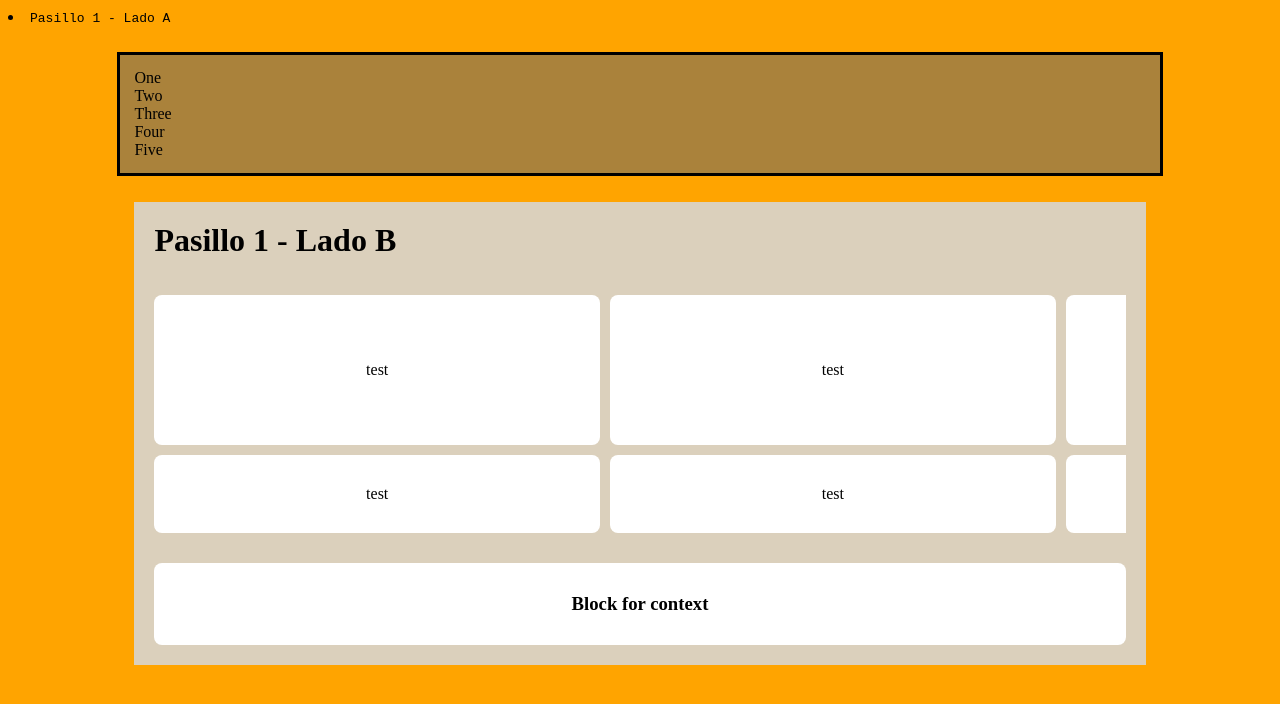
Repository: Franzcod/DepoStock_Web
Page: index.html
The author's editor kept a copy of each file at every save. The page is drawn from the files as they stood at one save, then again after the next save.
The browser window is 1280 px wide. The pictures show the whole page.

Above is the page before, as saved 2020-06-07 02:23:55.
Console error: ReferenceError: ur is not defined

After the next save:
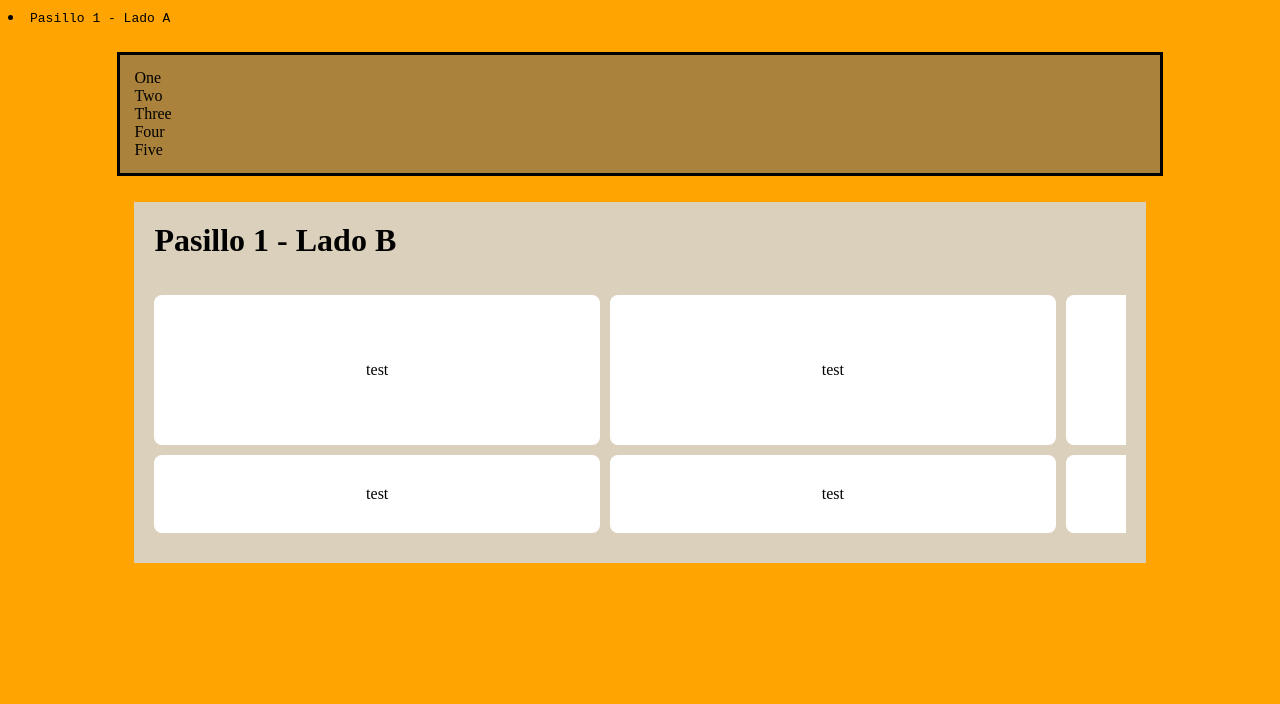
Saved 13 s later.
--- a/index.html
+++ b/index.html
@@ -51,11 +51,11 @@
             <li class="item">test</li>
         </ul>
 
-        <div class="container">
+        <!-- <div class="container">
             <div class="item">
             <h3>Block for context</h3>
             </div>
-        </div>
+        </div> -->
     </div>
 
 
